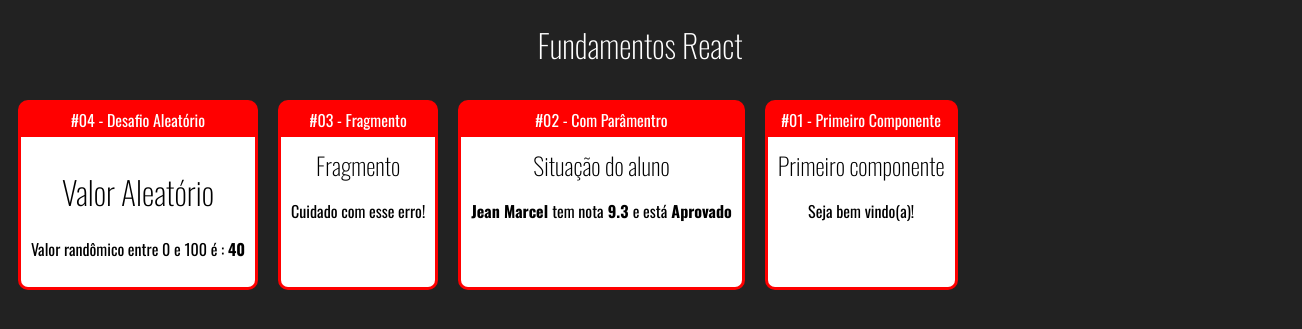
Repository: jean-siqueira/fundamentos-react
Page: /
These files come from the project's save history. The page is drawn as it stood at one moment and after a run of saves; the edit follows.
The browser window is 1280 px wide. The page is 1280 px wide, then 1302 px, so the pictures cover 1302 px, including what lies to the right of the window. The pictures show the whole page.
The project was rebuilt for these pictures with package versions that can differ from the ones it lists, and the page was loaded fresh each time.

Above is the page before, as saved 2023-03-04 12:23:02.

### public/index.html
<!DOCTYPE html>
<html lang="en">
  <head>
    <meta charset="utf-8" />
    <link rel="icon" href="%PUBLIC_URL%/favicon.ico" />
    <meta name="viewport" content="width=device-width, initial-scale=1" />
    <meta name="theme-color" content="#000000" />
    <meta
      name="description"
      content="Web site created using create-react-app"
    />
    <link rel="apple-touch-icon" href="%PUBLIC_URL%/logo192.png" />
    <link rel="manifest" href="%PUBLIC_URL%/manifest.json" />
    <link rel="preconnect" href="https://fonts.googleapis.com">
<link rel="preconnect" href="https://fonts.gstatic.com" crossorigin>
<link href="https://fonts.googleapis.com/css2?family=Oswald:wght@200;300;400;500;600;700&display=swap" rel="stylesheet">
    <title>React App</title>
  </head>
  <body>
    <noscript>You need to enable JavaScript to run this app.</noscript>
    <div id="root"></div>
  </body>
</html>

### src/index.js
import "./index.css";
import ReactDOM from "react-dom";
import React from "react";

import App from "./App";

const tag = <strong>Olá React</strong>;

ReactDOM.render(<App />, document.getElementById("root"));

### src/index.css
body {
    font-family: Oswald;
    background-color: #222;
    color: #fff;
    text-align: center;
}

h1, h2, h3 {
    font-weight: 200;
}

h2, h3 {
    margin: 0;
}

### src/App.jsx
import React from "react";

import Card from "./components/layout/Card";
import Primeiro from "./components/basicos/Primeiro";
import "./App.css"
import ComParametro from "./components/basicos/ComParametro";
import Fragmento from "./components/basicos/Fragmento";
import Aleatorio from "./components/basicos/Aleatorio";

export default (_) => (
  <div className="App">
    <h1>Fundamentos React</h1>

    <div className="Cards">
      <Card titulo="#04 - Desafio Aleatório">
        <Aleatorio min={0} max={100} />
      </Card>

      <Card titulo="#03 - Fragmento">
        <Fragmento />
      </Card>

      <Card titulo="#02 - Com Parâmentro">
        <ComParametro
          titulo="Situação do aluno"
          aluno="Jean Marcel"
          nota={9.3}
        />
      </Card>

      <Card titulo="#01 - Primeiro Componente">
        <Primeiro></Primeiro>
      </Card>
    </div>
  </div>
);

### src/components/layout/Card.jsx
import React from "react";
import "./Card.css";

export default (props) => {
  return (
    <div className="Card">
      <div className="Title">{props.titulo}</div>
      <div className="Content">{props.children}</div>
    </div>
  );
};

### src/components/basicos/Primeiro.js

import React from "react"

export default function Primeiro() {

    const msg = 'Seja bem vindo(a)!'

    return (
        <div>
            <h2>Primeiro componente</h2>
            <p>  {msg} </p>
        </div>
    )

}

### src/App.css
.App .Cards {
    display: flex;
}

### src/components/basicos/ComParametro.jsx
import React from "react";

export default function ComParametro(props) {
  const status = props.nota >= 7 ? "Aprovado" : "Recuperação";
  return (
    <div>
      <h2>{props.titulo}</h2>
      <p>
        <strong>{props.aluno} </strong>
        tem nota
        <strong> {props.nota} </strong>e está
        <strong> {status}</strong>
      </p>
    </div>
  );
}

### src/components/basicos/Fragmento.jsx
import React from "react";

export default function Fragmento(props) {
  return (
    <>
      <h2>Fragmento</h2>
      <p>Cuidado com esse erro!</p>
    </>
  );
}

### src/components/basicos/Aleatorio.jsx
import React from "react";

export default (props) => {
  const { min, max } = props;

  const valorRandomico = parseInt(Math.random() * (max - min)) + min;

  return (
    <div>
      <h1>Valor Aleatório</h1>
      <p>
        Valor randômico entre {min} e {max} é :{" "}
        <strong>{valorRandomico}</strong>
      </p>
    </div>
  );
};

### src/components/layout/Card.css
.Card {
    background-color: red;
    border-radius: 10px;
    overflow: hidden;
    border: 3px solid red;
    margin: 10px;

    display: flex;
    flex-direction: column;
    min
}

.Card .Title {
    padding: 5px 0px;
    display: flex;
    justify-content: center;
}

.Card .Content {
    flex-grow: 1;
    background-color: #fff;
    color: #000;
    padding: 10px;
}

After the next 2 saves:
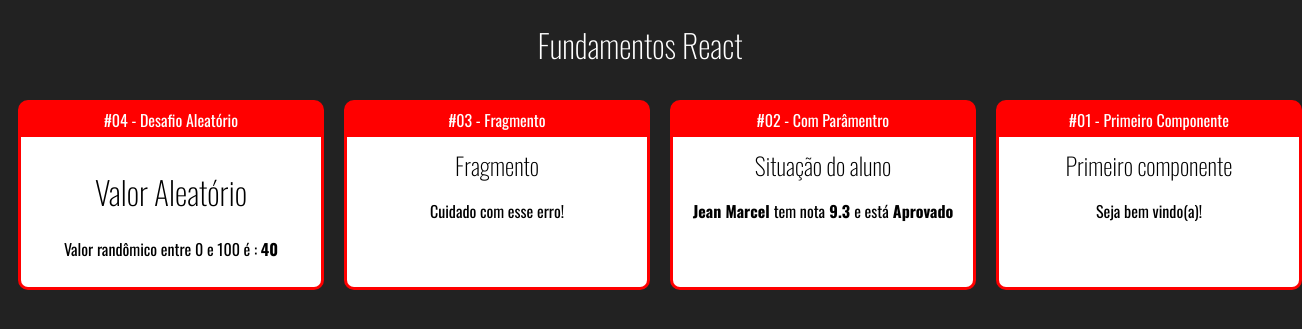
The 2 saves are shown as one change because they came seconds apart.
The last was saved 5 s later.
--- a/src/components/layout/Card.css
+++ b/src/components/layout/Card.css
@@ -7,7 +7,7 @@
 
     display: flex;
     flex-direction: column;
-    min
+    min-width: 300px;
 }
 
 .Card .Title {
